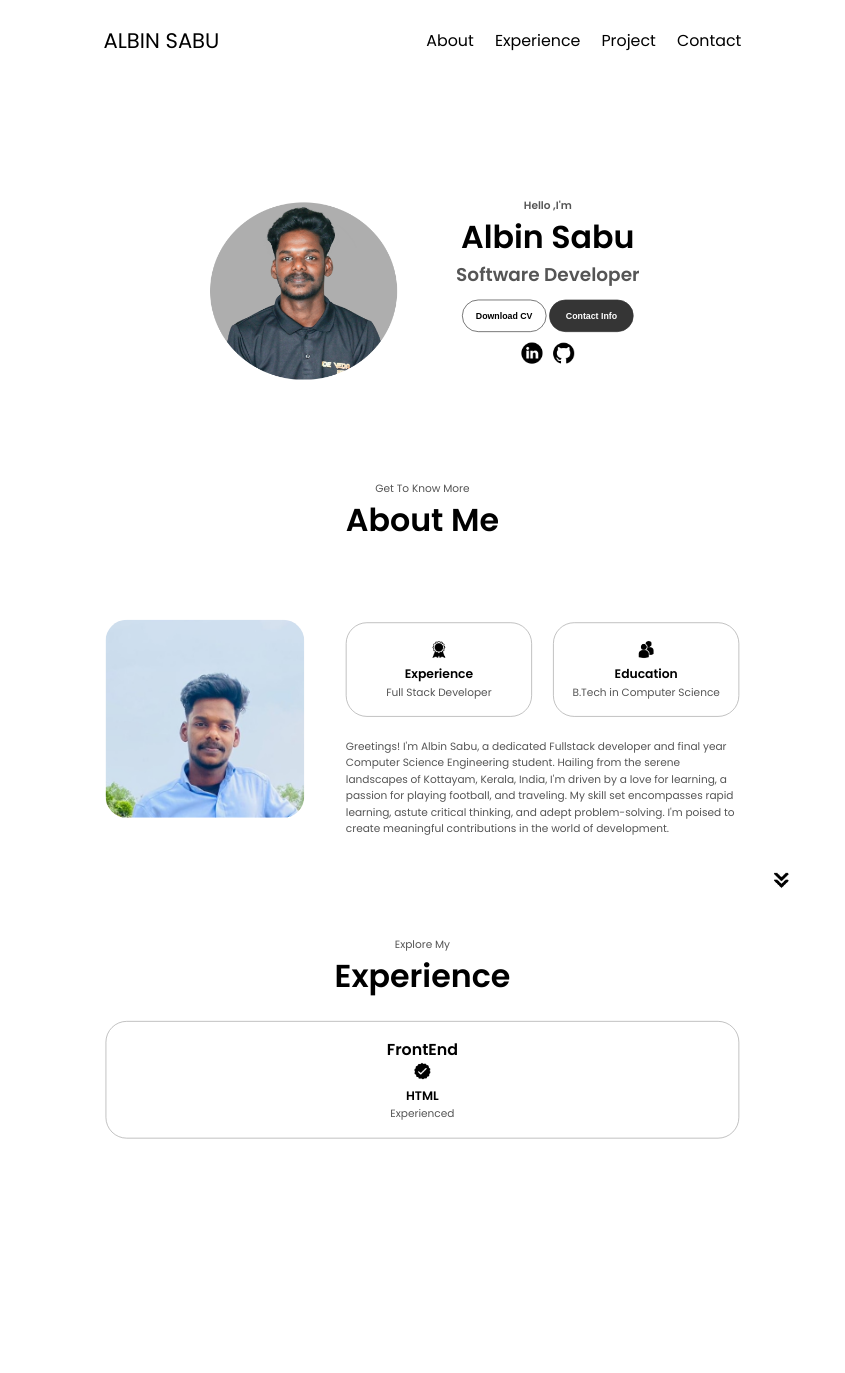
Repository: albinsabu2023/albinsabu
Page: index.html
These files come from the project's save history. The page is drawn as it stood at one moment and after the next save; the edit follows.
The browser window is 1280 px wide. The pictures show the whole page, at 66% of full size.

Above is the page before, as saved 2023-08-30 12:44:07.

### index.html
<!DOCTYPE html>
<html lang="en">
<link>
    <meta charset="UTF-8">
    <meta name="viewport" content="width=device-width, initial-scale=1.0">
    <title>Albin Sabu</title>
    <link rel="stylesheet" href="style.css"/>
    <link rel="stylesheet" href="mediaqueries.css">
</head>
<body>
    <nav id="desktop-nav">
        <div class="logo">
            ALBIN SABU
        </div>
        <div>
            <ul class="nav-links">
                <li><a href="#about">About</a></li>
                <li><a href="#experience">Experience</a></li>
                <li><a href="#project">Project</a></li>
                <li><a href="#contact">Contact</a></li>
            </ul>
        </div>
    </nav>
    <nav id="hamburger-nav">
        <div clas="logo"> ALBIN SABU</div>
        <div class="hamburger-menu">
            <div class="hamburger-icon" onclick="toggleMenu()">
                <span></span>
                <span></span>
                <span></span>
            </div>
            <div class="menu-links">
                <li><a href="#about" onclick="toggleMenu()">About</a></li>
                <li><a href="#about" onclick="toggleMenu()">Experience</a></li>
                <li><a href="#about" onclick="toggleMenu()">Project</a></li>
                <li><a href="#about" onclick="toggleMenu()">Contact</a></li>
            </div>
        </div>
    </nav>
    <section id="profile">
        <div class="section__pic-container">
            <img src="./assets/Albin Sabu2.png" alt="profile-pic">
        </div>
        <div class="section__text">
            <p class="section__text__p1">Hello ,I'm</p>
            <h1 class="title">Albin Sabu</h1>
            <p class="section__text__p2">Software Developer</p>
            <div class="btn_container">
                <button class="btn btn-color-2" onclick="window.open('./assets/Albin sabu.pdf')">Download CV</button>
                <button class="btn btn-color-1" onclick="location.href='#contact'">Contact Info</button>
            </div>
            <div id="social-container">
                <img src="./assets/linkedin.png" alt="My Linkedin Profile" class="icon" onclick="location.href='https://www.linkedin.com/in/albin-sabu-377798230'">
                <img src="./assets/github.png" alt="My Github Profile" class="icon" onclick="location.href='https://github.com/albinsabu2023'">

            </div>
        </div>
    </section>
    <section id="about">
        <p class="section__text__p1">Get To Know More</p>
        <h1 class="title">About Me</h1>
        <div class="section-container">
            <div class="section__pic-container">
                <img src="./assets/ull.png" alt="profilepicture" class="about-pic">
            </div>
            <div class="about-details-container">
                <div class="about-container">
                    <div class="details-container">
                        <img src="./assets/experience.png" alt="experience icon" class="icon">
                        <h3>Experience</h3>
                        <p>Full Stack Developer</p>
                    </div>
                    <div class="details-container">
                        <img src="./assets/education.png" alt="experience icon" class="icon">
                        <h3>Education</h3>
                        <p>B.Tech in Computer Science</p>
                    </div>
                </div>
                <div class="text-container">
                    <p>Greetings! I'm Albin Sabu, a dedicated Fullstack developer and final year Computer Science Engineering student. Hailing
                    from the serene landscapes of Kottayam, Kerala, India, I'm driven by a love for learning, a passion for playing
                    football, and traveling. My skill set encompasses rapid learning, astute critical thinking, and adept
                    problem-solving.  I'm poised to create meaningful
                    contributions in the world of development.
                    </p>
                </div>
            </div>
        </div>
        <!-- onclick="locaiton.href='./#experience'" -->
       <img src="./assets/arrow.png" alt="arrow" class="icon arrow" >
    </section>
    <section id="experience">
        <p class="section__text__p1">Explore My</p>
        <h1 class="title">Experience</h1>
        <div class="experience-details-container">
            <div class="about-container">
                <div class="details-container">
                    <h2 class="experience-sub-title">FrontEnd</h2>
                    <div class="article-container">
                        <article>
                            <img src="./assets/checkmark.png" alt="experience-icon" class="icon">
                            <div>
                                <h3>HTML</h3>
                                <p>Experienced</p>
                            </div>
                        </article>
                    </div>
                </div>
            </div>
        </div>
    </section>
    <script src="script.js"></script>
</body>
</html>

### style.css
@import url('https://fonts.googleapis.com/css2?family=Poppins:ital,wght@0,300;0,400;0,500;0,600;1,200;1,300;1,500;1,600&display=swap');

* {
    margin: 0;
    padding: 0;
}

body {
    font-family: 'Poppins', sans-serif;
}

html {
    scroll-behavior: smooth;
}

p {
    color: rgb(85, 85, 85);
}

a,
.btn {
    transition: all 300ms ease
}

/* Desktop navigation */
nav,
.nav-links {
    display: flex;

}

nav {
    justify-content: space-around;
    align-items: center;
    height: 17vh;

}

.nav-links {
    gap: 2rem;
    list-style: none;
    font-size: 1.5rem;
}
a{
    color:black;
    text-decoration: none;
    text-decoration-color: white;
}

a:hover{
    color:gray;
    text-decoration:underline;
    text-underline-offset:1rem ;
    text-decoration-color:rgb(181,181,181);
}

.logo{
    font-size:2rem;
}

#hamburger-nav{
    display:none;
}
.hamburger-menu{
    position: relative;
    display:inline-block;
}
.hamburger-icon{
    display: flex;
    flex-direction: column;
    justify-content: space-between;
    height: 24px;
    width: 30px;
    cursor: pointer;
}

.hamburger-icon span{
    width:100%;
    height: 2px;
    background-color: black;
    transition: all 0.3 ease-in-out;
}

.menu-links{
    position:absolute;
    top:100%;
    right:0%;

    width: fit-content;
    max-height: 0;
    overflow: hidden;
    transition: all 0.3 ease-in-out;
}

.menu-links{
    display: block;
    padding: 10px;
    text-align: center;
    font-size: 1.5rem;
    color: black;
    text-decoration: none;
    transform: all 0.3 ease-in-out;
}

.menu-links li{
    list-style: none;

}

.menu-links.open{
    max-height: 300px;
}

.hamburger-icon.open span:first-child{
    transform:rotate(45deg) translate(10px,5px);
}
.hamburger-icon.open span:nth-child(2){
   opacity:0;
}
.hamburger-icon.open span:last-child{
    transform:rotate(-45deg) translate(10px,-5px);
}

.hamburger-icon span:first-child{
    transform: none;
}
.hamburger-icon span:first-child{
    opacity:1;
}
.hamburger-icon span:first-child{
    transform: none;
}

section{
    padding-top:4vh ;
    height: 96vh;
    margin: 0 10rem;
    box-sizing: border-box;
    min-height: fit-content;
}

.section-container{
    display: flex;
}

#profile{
    display: flex;
    justify-content: center;
    gap: 5rem;
    height:  80vh;
}

.section__pic-container{
    display: flex;
    height: 400px;
    width: 400px;
    margin: auto 0;
}

.section__text{

    align-self:center;
    text-align: center;
}

.section__text p{
    font-weight: 600;
}
.section__text__p1{
    text-align: center;

}
.section__text__p2 {

    font-size: 1.75rem;
    margin-bottom: 1rem;
}

.title{
    font-size:3rem;
    text-align: center;
}
#social-container{
    display: flex;
    justify-content: center;
    margin-top: 1rem;
    gap: 1rem;
}

/* icon */
.icon{
    cursor: pointer;
    height: 2rem;
}

.btn-container{
    display: flex;
    justify-content:center;
    gap: 1rem;
}
.btn{
    font-weight: 600;
    transition: all 300ms ease;
    padding: 1rem;
    width: 8rem;
    border-radius: 2rem;

}

.btn-color-1,.btn-color-2{
    border:rgb(53,53,53) 0.1rem solid;
}
.btn-color-1:hover,
.btn-color-2:hover {
   cursor:pointer
}
.btn-color-1,
.btn-color-2:hover {
   background: rgb(53,53,53);
   color: white;
}

.btn-color-1:hover{
    background-color: rgb(0,0,0);

}
.btn-color-2{
    background:none
    ;
}
.btn-color-2:hover{
    border:rgb(255,255,255) 0.1rem solid;
}

/* About section */

#about{
    position: relative;
}
.about-container{
    gap:2rem;
    margin-bottom:2rem ;
    margin-top: 2rem;
}
.about-details-container{
    justify-content: center;
    flex-direction: column;
}

.about-container,.about-details-container{
    display: flex;
}

.about-pic{
    border-radius: 2rem;

}
.arrow{
    position:absolute;
    right:-5rem;
    bottom:2.5rem;
}

.details-container{
    padding:1.5rem ;
    flex: 1;
    background: white;
    border-radius: 2rem;
    border: rgb(53,53,53) 0.1rem solid;
    border-color: rgb(163,163,163);
    text-align: center;

}

.section-container{
    gap: 4rem;
    height: 80%;
}

.section__pic-container{
    height: 300px;
    width:300px ;
    margin:auto 0;
}

### mediaqueries.css
@media screen and (max-width:1200px){
    #desktop-nav{
        display: none;
    }
    #hamburger-nav{
        display: flex;
    }
}

Loaded but not shown: script.js (common file)

After the next save:
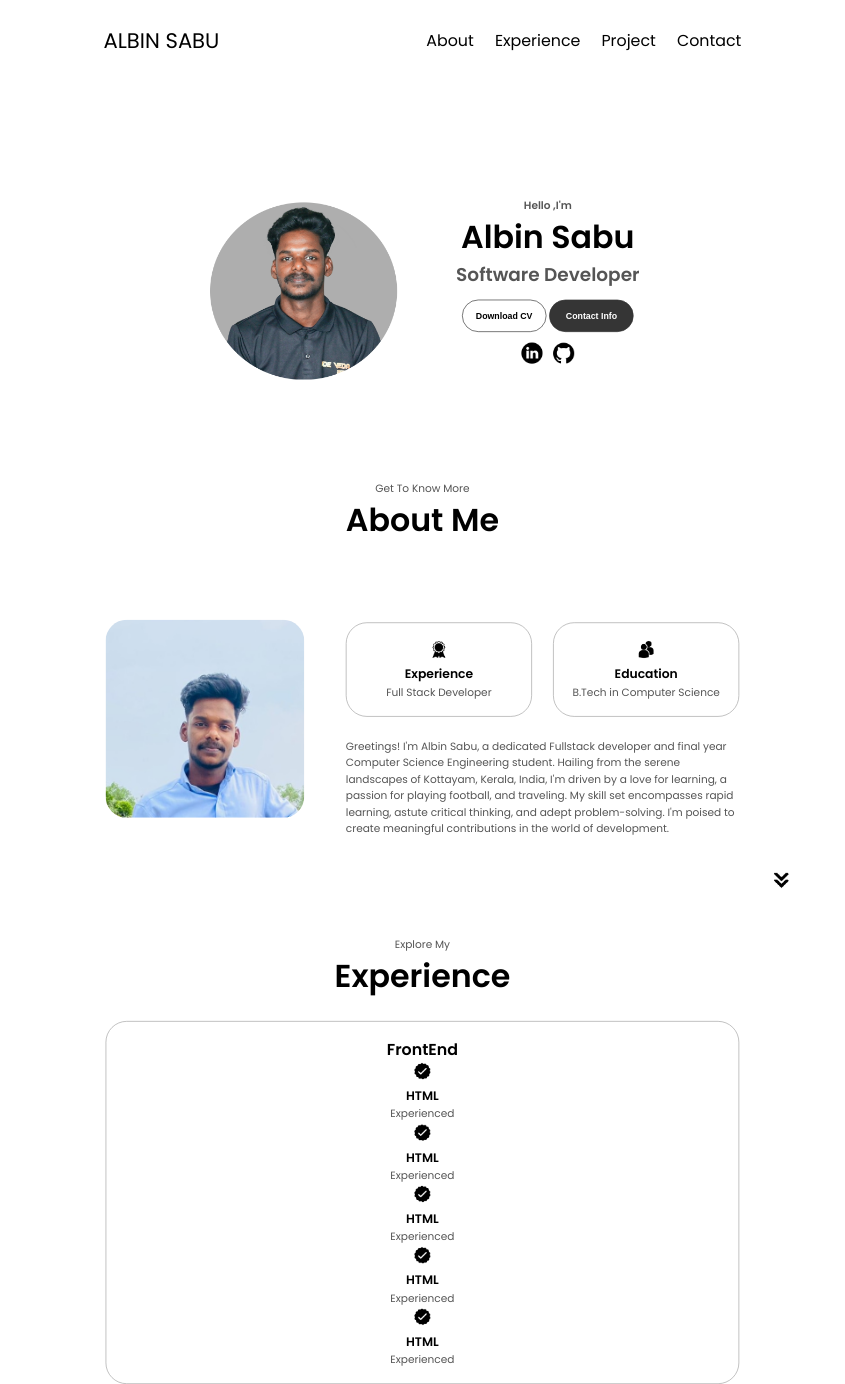
Saved 2 min 38 s later.
--- a/index.html
+++ b/index.html
@@ -104,6 +104,35 @@
                                 <p>Experienced</p>
                             </div>
                         </article>
+                        <article>
+                            <img src="./assets/checkmark.png" alt="experience-icon" class="icon">
+                            <div>
+                                <h3>HTML</h3>
+                                <p>Experienced</p>
+                            </div>
+                        </article>
+                        <article>
+                            <img src="./assets/checkmark.png" alt="experience-icon" class="icon">
+                            <div>
+                                <h3>HTML</h3>
+                                <p>Experienced</p>
+                            </div>
+                        </article>
+                        <article>
+                            <img src="./assets/checkmark.png" alt="experience-icon" class="icon">
+                            <div>
+                                <h3>HTML</h3>
+                                <p>Experienced</p>
+                            </div>
+                        </article>
+                        <article>
+                            <img src="./assets/checkmark.png" alt="experience-icon" class="icon">
+                            <div>
+                                <h3>HTML</h3>
+                                <p>Experienced</p>
+                            </div>
+                        </article>
+
                     </div>
                 </div>
             </div>
